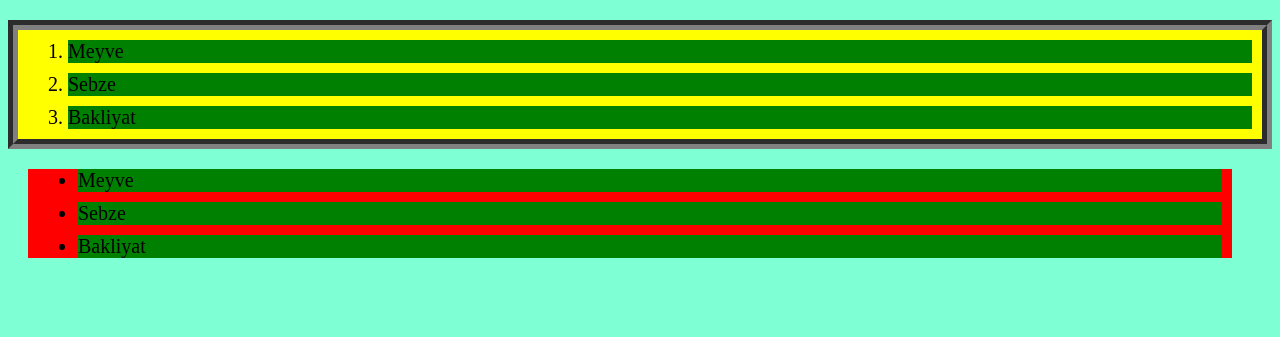
Repository: Kubraaygun/Html_Css_Login
Page: index.html
An editor plug-in stored every save of this project. The page is shown before and after the next save, followed by the edit.
The browser window is 1280 px wide. The pictures show the whole page.

Above is the page before, as saved 2025-03-04 18:09:31.

After the next save:
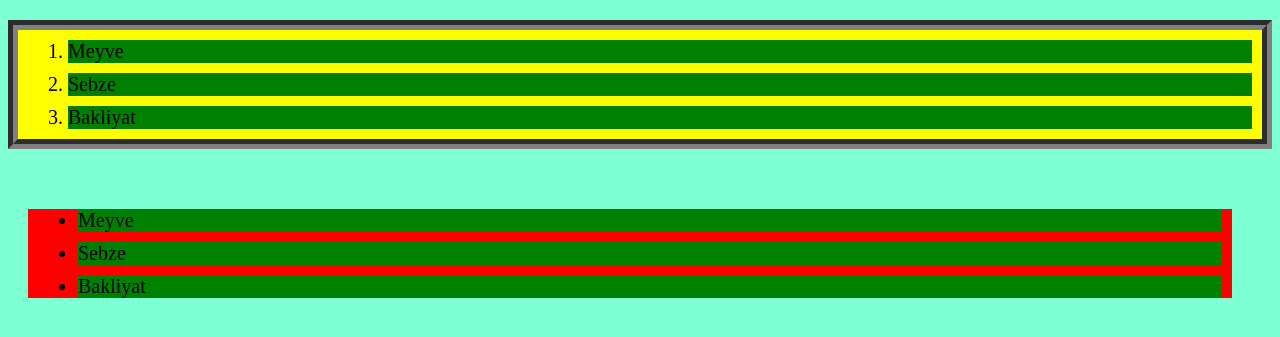
Saved 20 s later.
--- a/style.css
+++ b/style.css
@@ -19,7 +19,7 @@ ol {
 
 ul {
   background-color: red;
-  margin: 10px 40px 0 20px;
+  margin: 60px 40px 0 20px;
 }
 
 li {
